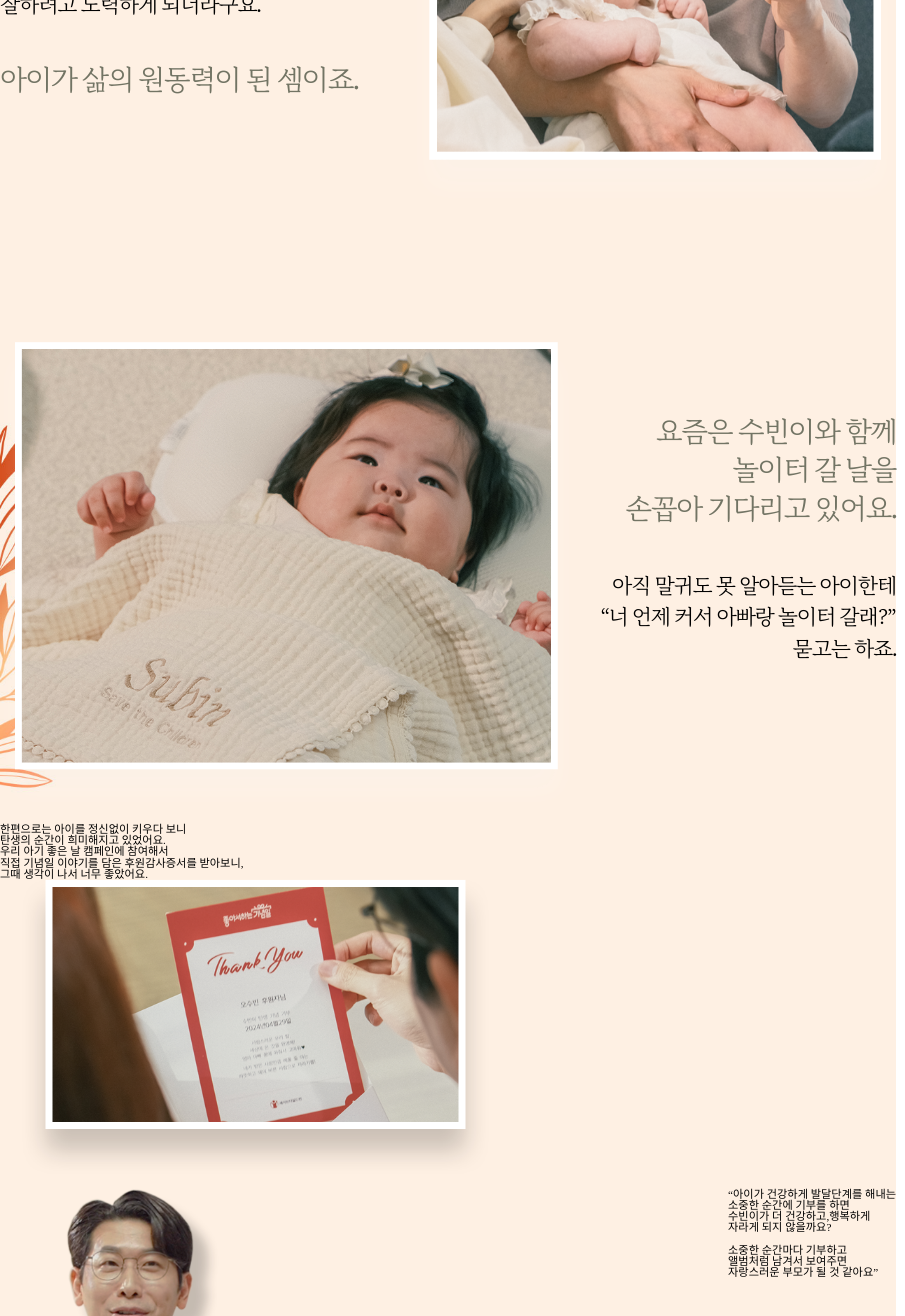
Repository: dlgywls1130/saveTheChildren
Page: index.html
An editor plug-in stored every save of this project. The page is shown before and after the next save, followed by the edit.
The browser window is 1280 px wide. The page is 1293 px wide, so the pictures cover 1293 px, including what lies to the right of the window. The pictures show the part of the page from y = 4620 to 6500 px (the page is 10700 px tall before and 10725 px after), at 70% of full size.
Some web fonts or font styles are not loaded; a fallback is used. The style sheet was rebuilt from its Sass, Less or Tailwind sources for each picture, by a compiler version that may differ from the author's.

Above is the page before, as saved 2024-11-01 22:54:52.

After the next save:
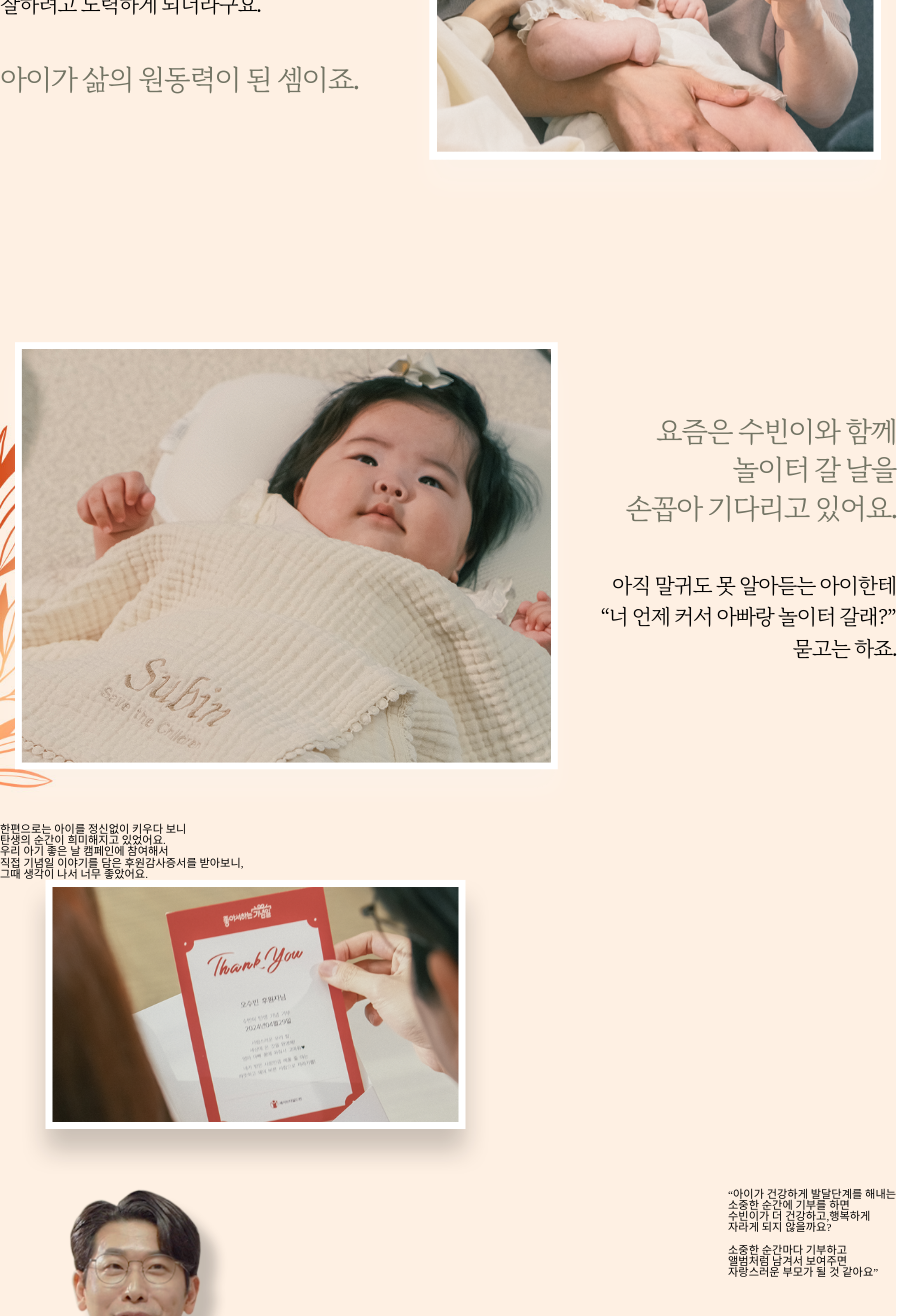
Saved 11 s later.
--- a/css/common.scss
+++ b/css/common.scss
@@ -595,11 +595,15 @@ $sides: (
                 .img_story{
                     width: 600px;
                     height: auto;
-                }
-            }
-
-
-
-        }
-    }
-}
+
+                    img{
+                        width: 100%;
+                    }
+                }
+            }
+
+
+
+        }
+    }
+}
